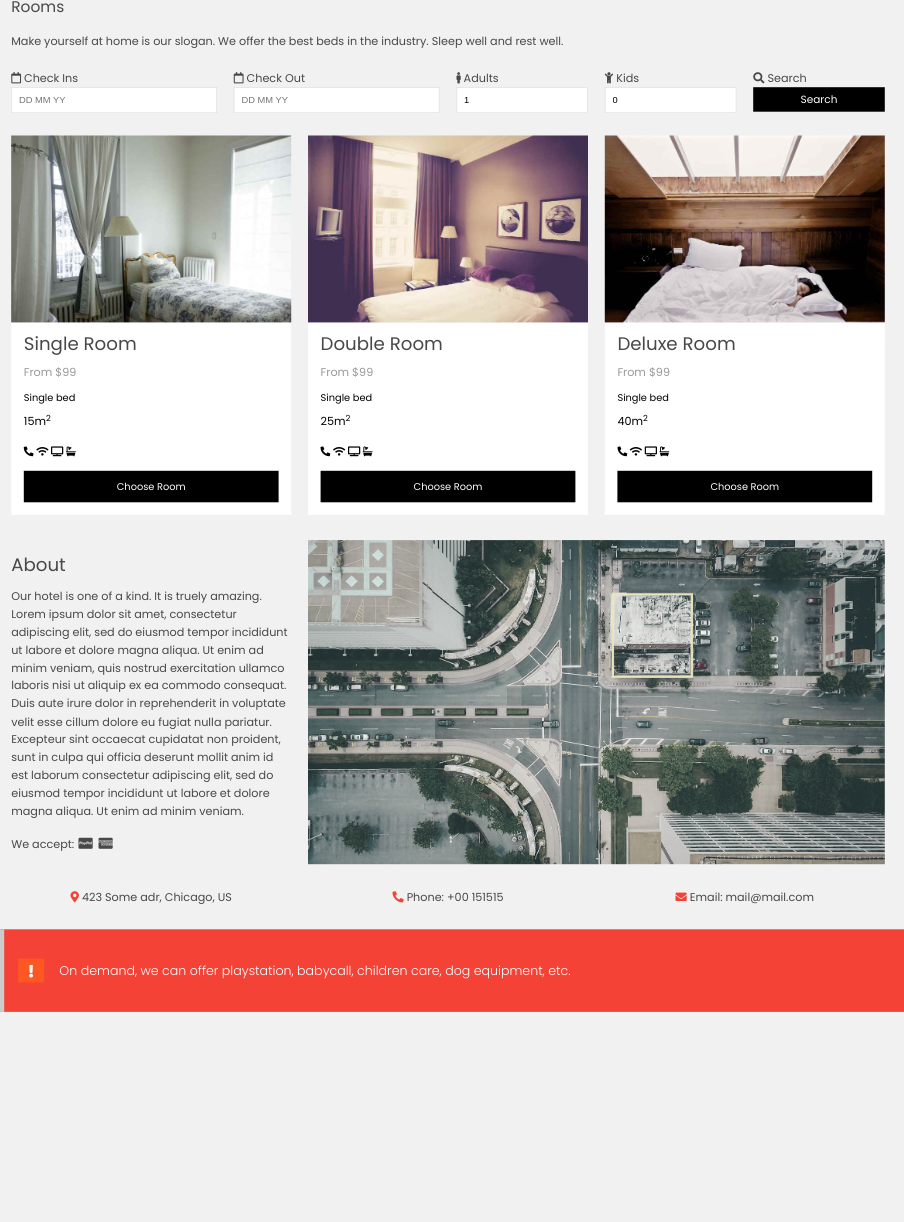
Repository: phamhuuloc/Travel_Template
Page: index.html
These files come from the project's save history. The page is drawn as it stood at one moment and after the next save; the edit follows.
The browser window is 1280 px wide. The page is 1292 px wide, then 1280 px, so the pictures cover 1292 px, including what lies to the right of the window. The pictures show the part of the page from y = 781 to 2661 px (the page is 2527 px tall before and 2661 px after), at 70% of full size.
The style sheet was rebuilt from its Sass, Less or Tailwind sources for each picture, by a compiler version that may differ from the author's.

Above is the page before, as saved 2021-09-18 10:57:09.

### index.html
<!DOCTYPE html>
<html lang="en">
  <head>
    <meta charset="UTF-8" />
    <meta http-equiv="X-UA-Compatible" content="IE=edge" />
    <meta name="viewport" content="width=device-width, initial-scale=1.0" />
    <title>Document</title>
    <!-- FONT AWESOME -->
    <link
      rel="stylesheet"
      href="https://cdnjs.cloudflare.com/ajax/libs/font-awesome/5.15.4/css/all.min.css"
      integrity="sha512-1ycn6IcaQQ40/MKBW2W4Rhis/DbILU74C1vSrLJxCq57o941Ym01SwNsOMqvEBFlcgUa6xLiPY/NS5R+E6ztJQ=="
      crossorigin="anonymous"
      referrerpolicy="no-referrer"
    />
    <!-- GOOGLE FONT -->
    <link
      href="https://fonts.googleapis.com/css2?family=Poppins:wght@50;300;400&display=swap"
      rel="stylesheet"
    />
    <!-- CSS -->
    <link rel="stylesheet" href="./assets/resets.css" />
    <link rel="stylesheet" href="./assets/grid.css" />
    <link rel="stylesheet" href="./assets/main.css" />
  </head>
  <body>
    <div class="grids">
      <header class="header">
        <div class="logo">
          <i class="fas fa-bed logo__icon"></i>
          Logo
        </div>
        <div class="header__menu">
          <ul class="header__menu-list">
            <li class="header__menu-item">Rooms</li>
            <li class="header__menu-item">About</li>
            <li class="header__menu-item">Contact</li>
          </ul>
          <button class="btn book-btn">Book Nows</button>
        </div>
      </header>
      <section class="intro">
        <img src="./assets/img/hotel.jpg" alt="" class="intro__img" />
        <form class="form-login">
          <div class="form-login__heading">
            <i class="fas fa-bed logo__icon intro-icon"></i>
            <h2 class="form-login__name">Hotel name</h2>
          </div>
          <div class="form-container">
            <div class="row">
              <div class="form__item col l-6">
                <label class="form__item-category">
                  <i class="far fa-calendar form__item-icon"></i>
                  Check Ins
                </label>
                <input
                  type="text"
                  class="form__item-input"
                  placeholder="DD MM YY"
                />
              </div>
              <div class="form__item col l-6">
                <label class="form__item-category">
                  <i class="far fa-calendar form__item-icon"></i>
                  Check Out
                </label>
                <input
                  type="text"
                  class="form__item-input"
                  placeholder="DD MM YY"
                />
              </div>
            </div>
            <div class="row">
              <div class="form__item col l-6">
                <label class="form__item-category">
                  <i class="fas fa-male form__item-icon"></i>
                  Adults
                </label>
                <input
                  type="number"
                  value="1"
                  min="1"
                  max="6"
                  class="form__item-input"
                />
              </div>
              <div class="form__item col l-6">
                <label class="form__item-category">
                  <i class="fas fa-child form__item-icon"></i>
                  Kids
                </label>
                <input
                  type="number"
                  value="0"
                  min="0"
                  max="6"
                  class="form__item-input"
                />
              </div>
            </div>
            <button class="search-btn">
              <i class="fas fa-search search-icon"></i>Search availability
            </button>
          </div>
        </form>
      </section>

      <section class="option-room">
        <div class="option-container">
          <h3 class="option-container__title">Rooms</h3>
          <span class="option-container__desc"
            >Make yourself at home is our slogan. We offer the best beds in the
            industry. Sleep well and rest well.</span
          >
          <!-- FORM LOGIN  -->
          <div class="form-container option-container__form">
            <div class="row">
              <div class="form__item col l-3">
                <label class="form__item-category">
                  <i class="far fa-calendar form__item-icon"></i>
                  Check Ins
                </label>
                <input
                  type="text"
                  class="form__item-input"
                  placeholder="DD MM YY"
                />
              </div>
              <div class="form__item col l-3">
                <label class="form__item-category">
                  <i class="far fa-calendar form__item-icon"></i>
                  Check Out
                </label>
                <input
                  type="text"
                  class="form__item-input"
                  placeholder="DD MM YY"
                />
              </div>
              <div class="form__item col l-2">
                <label class="form__item-category">
                  <i class="fas fa-male form__item-icon"></i>
                  Adults
                </label>
                <input
                  type="number"
                  value="1"
                  min="1"
                  max="6"
                  class="form__item-input"
                />
              </div>
              <div class="form__item col l-2">
                <label class="form__item-category">
                  <i class="fas fa-child form__item-icon"></i>
                  Kids
                </label>
                <input
                  type="number"
                  value="0"
                  min="0"
                  max="6"
                  class="form__item-input"
                />
              </div>
              <!-- BUTTON F0RM LOGIN -->
              <div class="form__item col l-2">
                <label class="form__item-category">
                  <i class="fas fa-search"></i> Search</label
                >
                <button class="search-btn search-btn--full">Search</button>
              </div>
            </div>
          </div>
          <div class="category-room">
            <ul class="category-room__list row">
              <li class="category-room__item col l-4">
                <img
                  src="./assets/img/room_single.jpg"
                  alt=""
                  class="category-room__img"
                />
                <div class="category-room__details">
                  <h3 class="category-room__title">Single Room</h3>
                  <span class="category-room__price">From $99</span>
                  <span class="category-room__charac">Single bed</span>
                  <span class="category-room__area">15m<sup>2</sup></span>
                  <span class="category-room__function">
                    <i class="fas fa-phone-alt"></i>
                    <i class="fas fa-wifi"></i>
                    <i class="fas fa-tv"></i>
                    <i class="fas fa-bath"></i>
                  </span>
                  <button class="btn btn-choose">Choose Room</button>
                </div>
              </li>
              <li class="category-room__item col l-4">
                <img
                  src="./assets/img/room_double.jpg"
                  alt=""
                  class="category-room__img"
                />
                <div class="category-room__details">
                  <h3 class="category-room__title">Double Room</h3>
                  <span class="category-room__price">From $99</span>
                  <span class="category-room__charac">Single bed</span>
                  <span class="category-room__area">25m<sup>2</sup></span>
                  <span class="category-room__function">
                    <i class="fas fa-phone-alt"></i>
                    <i class="fas fa-wifi"></i>
                    <i class="fas fa-tv"></i>
                    <i class="fas fa-bath"></i>
                  </span>
                  <button class="btn btn-choose">Choose Room</button>
                </div>
              </li>
              <li class="category-room__item col l-4">
                <img
                  src="./assets/img/room_deluxe.jpg"
                  alt=""
                  class="category-room__img"
                />
                <div class="category-room__details">
                  <h3 class="category-room__title">Deluxe Room</h3>
                  <span class="category-room__price">From $99</span>
                  <span class="category-room__charac">Single bed</span>
                  <span class="category-room__area">40m<sup>2</sup></span>
                  <span class="category-room__function">
                    <i class="fas fa-phone-alt"></i>
                    <i class="fas fa-wifi"></i>
                    <i class="fas fa-tv"></i>
                    <i class="fas fa-bath"></i>
                  </span>
                  <button class="btn btn-choose">Choose Room</button>
                </div>
              </li>
            </ul>
          </div>
        </div>
      </section>
      <section class="local">
        <div class="row">
          <div class="local__container col l-4">
            <h4 class="local__title">About</h4>
            <p class="local__detail">
              Our hotel is one of a kind. It is truely amazing. Lorem ipsum
              dolor sit amet, consectetur adipiscing elit, sed do eiusmod tempor
              incididunt ut labore et dolore magna aliqua. Ut enim ad minim
              veniam, quis nostrud exercitation ullamco laboris nisi ut aliquip
              ex ea commodo consequat. Duis aute irure dolor in reprehenderit in
              voluptate velit esse cillum dolore eu fugiat nulla pariatur.
              Excepteur sint occaecat cupidatat non proident, sunt in culpa qui
              officia deserunt mollit anim id est laborum consectetur adipiscing
              elit, sed do eiusmod tempor incididunt ut labore et dolore magna
              aliqua. Ut enim ad minim veniam.
            </p>
            <p class="local__payment-methods">
              We accept:
              <i class="fab fa-cc-paypal local__payment-icon"></i>
              <i class="fab fa-cc-amex local__payment-icon"></i>
            </p>
          </div>
          <img src="./assets/img/map.jpg" alt="" class="col l-8 local__img" />
        </div>
        <div class="local__contact row">
          <div class="local__contact-item col l-4">
            <i class="fas fa-map-marker-alt local__contact-icon"></i>
            423 Some adr, Chicago, US
          </div>
          <div class="local__contact-item col l-4">
            <i class="fas fa-phone-alt local__contact-icon"></i>
            Phone: +00 151515
          </div>
          <div class="local__contact-item col l-4">
            <i class="fas fa-envelope local__contact-icon"></i>
            Email: mail@mail.com
          </div>
        </div>
      </section>
      <div class="demand row">
        <i class="fas fa-exclamation demand__icon"></i>
        <p class="demand__desc">
          On demand, we can offer playstation, babycall, children care, dog
          equipment, etc.
        </p>
      </div>
    </div>
  </body>
</html>

### assets/grid.css
.grid {
  width: 100%;
  padding: 0;
}
.grid.wide {
  max-width: 1200px;

  margin: 0 auto;
}
.row {
  display: flex;
  flex-wrap: wrap;
  margin-left: -4px;
  margin-right: -4px;
}
.row.no-gutters {
  margin-left: 0;
  margin-right: 0;
}
.col {
  padding-left: 4px;
  padding-right: 4px;
}
.row.no-gutters .col {
  margin-left: 0;
  margin-right: 0;
}

.c-0 {
  display: none;
}

.c-1 {
  flex: 0 0 8.33333%;
  max-width: 8.33333%;
}

.c-2 {
  flex: 0 0 16.66667%;
  max-width: 16.66667%;
}

.c-3 {
  flex: 0 0 25%;
  max-width: 25%;
}

.c-4 {
  flex: 0 0 33.33333%;
  max-width: 33.33333%;
}

.c-5 {
  flex: 0 0 41.66667%;
  max-width: 41.66667%;
}

.c-6 {
  flex: 0 0 50%;
  max-width: 50%;
}

.c-7 {
  flex: 0 0 58.33333%;
  max-width: 58.33333%;
}

.c-8 {
  flex: 0 0 66.66667%;
  max-width: 66.66667%;
}

.c-9 {
  flex: 0 0 75%;
  max-width: 75%;
}

.c-10 {
  flex: 0 0 83.33333%;
  max-width: 83.33333%;
}

.c-11 {
  flex: 0 0 91.66667%;
  max-width: 91.66667%;
}

.c-12 {
  flex: 0 0 100%;
  max-width: 100%;
}

.c-o-1 {
  margin-left: 8.33333%;
}

.c-o-2 {
  margin-left: 16.66667%;
}

.c-o-3 {
  margin-left: 25%;
}

.c-o-4 {
  margin-left: 33.33333%;
}

.c-o-5 {
  margin-left: 41.66667%;
}

.c-o-6 {
  margin-left: 50%;
}

.c-o-7 {
  margin-left: 58.33333%;
}

.c-o-8 {
  margin-left: 66.66667%;
}

.c-o-9 {
  margin-left: 75%;
}

.c-o-10 {
  margin-left: 83.33333%;
}

.c-o-11 {
  margin-left: 91.66667%;
}
/* TABLET */
@media (min-width: 740px) {
  .row {
    margin-left: -8px;
    margin-right: -8px;
  }
  .col {
    padding-right: 8px;
    padding-left: 8px;
  }
  .m-0 {
    display: none;
  }
  .m-1,
  .m-2,
  .m-3,
  .m-4,
  .m-5,
  .m-6,
  .m-7,
  .m-8,
  .m-9,
  .m-10,
  .m-11,
  .m-12 {
    display: block;
  }

  .m-1 {
    flex: 0 0 8.33333%;
    max-width: 8.33333%;
  }

  .m-2 {
    flex: 0 0 16.66667%;
    max-width: 16.66667%;
  }

  .m-3 {
    flex: 0 0 25%;
    max-width: 25%;
  }

  .m-4 {
    flex: 0 0 33.33333%;
    max-width: 33.33333%;
  }

  .m-5 {
    flex: 0 0 41.66667%;
    max-width: 41.66667%;
  }

  .m-6 {
    flex: 0 0 50%;
    max-width: 50%;
  }

  .m-7 {
    flex: 0 0 58.33333%;
    max-width: 58.33333%;
  }

  .m-8 {
    flex: 0 0 66.66667%;
    max-width: 66.66667%;
  }

  .m-9 {
    flex: 0 0 75%;
    max-width: 75%;
  }

  .m-10 {
    flex: 0 0 83.33333%;
    max-width: 83.33333%;
  }

  .m-11 {
    flex: 0 0 91.66667%;
    max-width: 91.66667%;
  }

  .m-12 {
    flex: 0 0 100%;
    max-width: 100%;
  }

  .m-o-1 {
    margin-left: 8.33333%;
  }

  .m-o-2 {
    margin-left: 16.66667%;
  }

  .m-o-3 {
    margin-left: 25%;
  }

  .m-o-4 {
    margin-left: 33.33333%;
  }

  .m-o-5 {
    margin-left: 41.66667%;
  }

  .m-o-6 {
    margin-left: 50%;
  }

  .m-o-7 {
    margin-left: 58.33333%;
  }

  .m-o-8 {
    margin-left: 66.66667%;
  }

  .m-o-9 {
    margin-left: 75%;
  }

  .m-o-10 {
    margin-left: 83.33333%;
  }

  .m-o-11 {
    margin-left: 91.66667%;
  }
}
/* PC MEDIUM RESOLUTION */
@media (min-width: 1113px) {
  .row {
    margin-left: -12px;
    margin-right: -12px;
  }
  .row.sm-gutter {
    margin-left: -5px;
    margin-right: -5px;
  }
  .col {
    padding-left: 12px;
    padding-right: 12px;
  }
  .row.sm-gutter .col {
    padding-left: 5px;
    padding-right: 5px;
  }
  .l-0 {
    display: none;
  }

  .l-1,
  .l-2,
  .l-2-4,
  .l-3,
  .l-4,
  .l-5,
  .l-6,
  .l-7,
  .l-8,
  .l-9,
  .l-10,
  .l-11,
  .l-12 {
    display: block;
  }

  .l-1 {
    flex: 0 0 8.33333%;
    max-width: 8.33333%;
  }

  .l-2 {
    flex: 0 0 16.66667%;
    max-width: 16.66667%;
  }

  .l-2-4 {
    flex: 0 0 20%;
    max-width: 20%;
  }

  .l-3 {
    flex: 0 0 25%;
    max-width: 25%;
  }

  .l-4 {
    flex: 0 0 33.33333%;
    max-width: 33.33333%;
  }

  .l-5 {
    flex: 0 0 41.66667%;
    max-width: 41.66667%;
  }

  .l-6 {
    flex: 0 0 50%;
    max-width: 50%;
  }

  .l-7 {
    flex: 0 0 58.33333%;
    max-width: 58.33333%;
  }

  .l-8 {
    flex: 0 0 66.66667%;
    max-width: 66.66667%;
  }

  .l-9 {
    flex: 0 0 75%;
    max-width: 75%;
  }

  .l-10 {
    flex: 0 0 83.33333%;
    max-width: 83.33333%;
  }

  .l-11 {
    flex: 0 0 91.66667%;
    max-width: 91.66667%;
  }

  .l-12 {
    flex: 0 0 100%;
    max-width: 100%;
  }

  .l-o-1 {
    margin-left: 8.33333%;
  }

  .l-o-2 {
    margin-left: 16.66667%;
  }

  .l-o-3 {
    margin-left: 25%;
  }

  .l-o-4 {
    margin-left: 33.33333%;
  }

  .l-o-5 {
    margin-left: 41.66667%;
  }

  .l-o-6 {
    margin-left: 50%;
  }

  .l-o-7 {
    margin-left: 58.33333%;
  }

  .l-o-8 {
    margin-left: 66.66667%;
  }

  .l-o-9 {
    margin-left: 75%;
  }

  .l-o-10 {
    margin-left: 83.33333%;
  }

  .l-o-11 {
    margin-left: 91.66667%;
  }
}
/* TABLET AND PC */
@media (min-width: 740px) and (max-width: 1023px) {
  .wide {
    width: 644px;
  }
}
/* > PC  LOW RESOLUTION */
@media (min-width: 1024px) and (max-width: 1239px) {
  .wide {
    width: 984px;
  }
}
.form__item {
  display: flex;
  flex-direction: column;
}

### assets/main.scss
$primary-color: #f44336;
$secondary-color: #0000;
$text-color: #484848;
$hover-color: #ccc;

@mixin flex($align: center, $justify: space-between) {
  display: flex;
  align-items: $align;
  justify-content: $justify;
}
* {
  box-sizing: border-box;
}
html {
  font-size: 62.5%;
}
body {
  background-color: #f1f1f1;
  font-family: "Poppins", sans-serif;
  margin-bottom: 30rem;
}
ul {
  list-style: none;
}
img {
  display: block;
  width: 100%;
}
a {
  text-decoration: none;
}
sup {
  font-size: 75%;
  position: relative;
  line-height: 0;
  top: -0.5em;
  vertical-align: baseline;
}
.btn {
  font-family: "Poppins", sans-serif;
  @include flex(center, center);
  height: inherit;
  outline: none;
  cursor: pointer;
  border: 0;
}
.btn:hover {
  background-color: $hover-color;
  color: #000;
}

//HEADER
.header {
  display: flex;
  align-items: center;
  height: 4.4rem;
  background-color: white;
  font-size: 2rem;

  .logo {
    background-color: $primary-color;
    height: 100%;
    cursor: pointer;
    color: white;
    @include flex();
    padding: 1.4rem 1.8rem;

    &__icon {
      margin-right: 2rem;
    }
  }
  .logo:hover {
    background-color: $hover-color;
    color: $text-color;
  }
  &__menu {
    display: flex;
    @include flex();
    height: 100%;
    width: 100%;
    &-list {
      @include flex();
      height: 100%;
    }
    &-item {
      @include flex();
      padding: 0 2rem;
      height: 100%;
      cursor: pointer;
      color: $text-color;
      &:hover {
        background-color: #ccc;
      }
    }
  }
  .book-btn {
    background-color: #f1f1f1;
    padding: 1.4rem 1.6rem;
    color: $text-color;
    font-size: 2rem;
  }
  .book-btn:hover {
    background-color: #ccc;
    cursor: pointer;
  }
}
// SECTION INTRO
.intro {
  position: relative;
  margin-bottom: 3.8rem;
  &-icon {
    padding: 0 1.8rem;
  }
  .form-login {
    width: 64.4rem;
    position: absolute;
    top: 50%;
    left: 2rem;
    background-color: #fff;
    transform: translateY(-50%);

    &__heading {
      display: flex;
      align-items: center;

      width: 100%;
      height: 6.4rem;
      background-color: $primary-color;
      color: white;
      font-size: 3rem;
    }
  }
}
.form-container {
  padding: 1.6rem;
  .search-btn {
    font-family: "Poppins", sans-serif;
    padding: 1rem 1.6rem;
    margin-top: 8px;
    border: 0;

    outline: none;
    cursor: pointer;

    background-color: #616161;
    font-size: 1.5rem;
    color: white;
  }
  .search-btn--full {
    width: 100%;
    margin: 0;
    background-color: #000;
    color: white;
    padding: 6px 0;
  }
  .search-btn:hover {
    background-color: #ccc;
    color: $text-color;
  }
  .search-icon {
    padding-right: 2rem;
  }
}
.form__item {
  display: flex;
  flex-direction: column;
  margin-bottom: 1.6rem;
  &-category {
    font-size: 1.6rem;
    margin-bottom: 4px;
    color: $text-color;
  }
  &-input {
    padding: 1rem;
    border: 1px solid #dedede;
  }
}
.option-container {
  padding: 1.6rem;
  margin-bottom: 2rem;
  &__title {
    font-size: 2.2rem;
    margin-bottom: 3rem;
    color: $text-color;
  }
  &__desc {
    display: block;
    font-size: 1.6rem;
    margin-bottom: 2rem;
    color: $text-color;
  }
  &__form {
    padding: 1.6rem 0;
  }
}
.category-room {
  &__details {
    padding: 1.8rem;
    display: flex;
    flex-direction: column;
    background-color: white;
  }
  &__title {
    font-size: 2.6rem;
    margin-bottom: 2rem;
    color: #484848;
  }
  &__price {
    font-size: 1.6rem;
    color: #999;
    margin-bottom: 2rem;
  }
  &__charac {
    font-size: 1.4rem;
    margin-bottom: 2rem;
  }
  &__area {
    font-size: 1.6rem;
    margin-bottom: 2.8rem;
  }
  &__function {
    font-size: 1.4rem;
    margin-bottom: 2rem;
  }
  .btn-choose {
    padding: 1.2rem 0;
    background-color: #000;
    color: white;
    font-size: 1.4rem;
  }
  .btn-choose:hover {
    background-color: $hover-color;
    color: $text-color;
  }
}
.local {
  padding: 0 1.6rem;
  &__title {
    font-size: 2.6rem;
    margin-top: 2.2rem;
    margin-bottom: 2rem;
    color: $text-color;
  }
  &__detail {
    font-size: 1.6rem;
    line-height: 1.6;
    margin-bottom: 2.4rem;
    color: $text-color;
  }
  &__payment-methods {
    font-size: 1.6rem;
    color: $text-color;
  }
  &__payment-icon {
    font-size: 1.8rem;
    margin: 0 2px;
  }
  &__img {
    filter: grayscale(75%);
  }
  &__contact {
    padding: 3.8rem 0;
    &-icon {
      color: $primary-color;
      font-size: 1.6rem;
    }
    &-item {
      text-align: center;
      font-size: 1.6rem;
      color: $text-color;
    }
  }
}
.demand {
  padding: 4.2rem 0 4.2rem 2rem;
  background-color: $primary-color;
  border-left: 1.8rem solid #ccc;
  @include flex(center, none);
  &__icon {
    color: white;
    font-size: 1.8rem;
    padding: 8px 15px;
    background-color: #ff5722;
    margin-right: 2.2rem;
  }
  &__desc {
    font-size: 1.8rem;
    color: white;
    font-weight: 350;
  }
}

Loaded but not shown: assets/resets.css (common file)

After the next save:
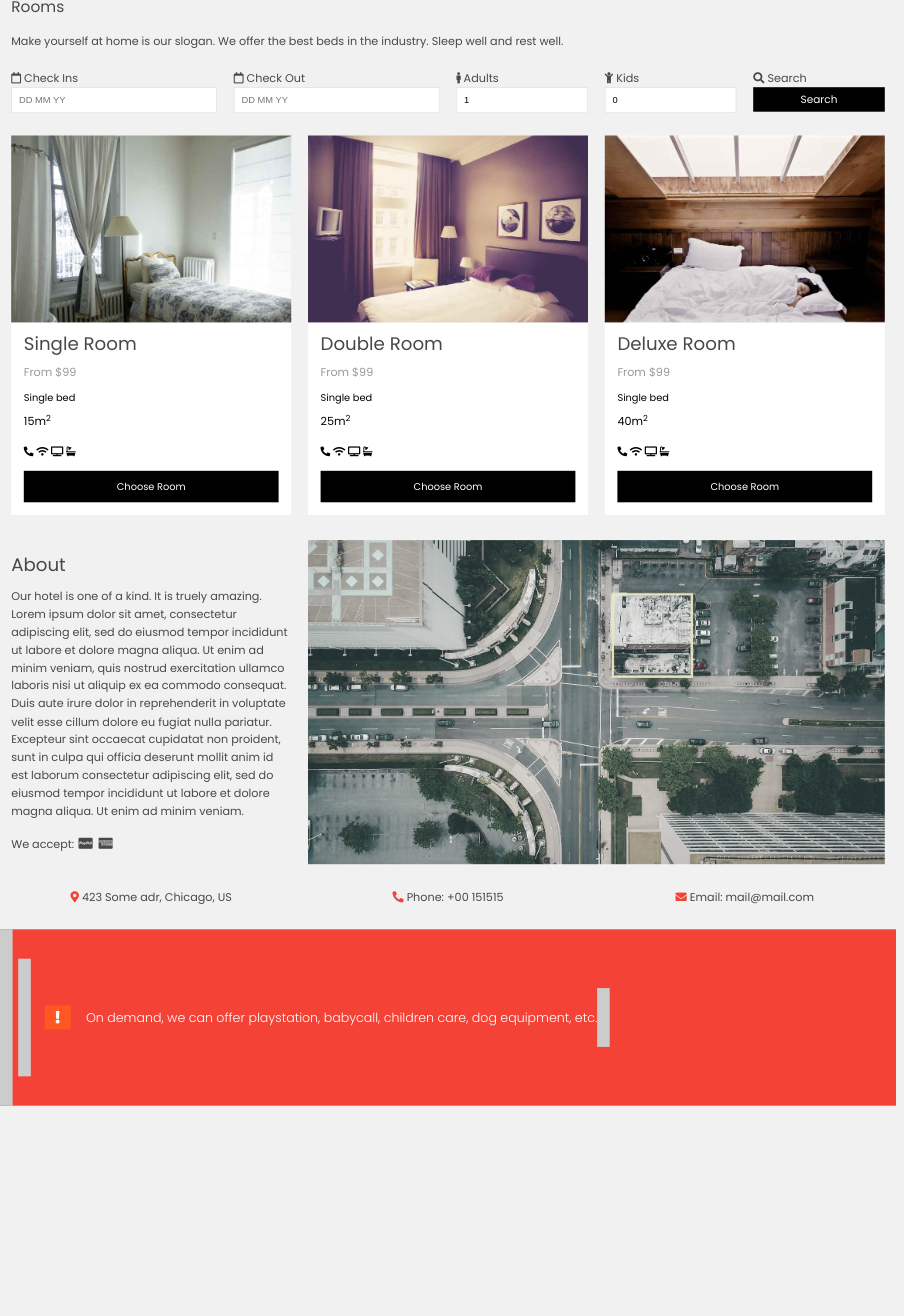
Saved 2 min 19 s later.
--- a/index.html
+++ b/index.html
@@ -278,13 +278,15 @@
           </div>
         </div>
       </section>
-      <div class="demand row">
-        <i class="fas fa-exclamation demand__icon"></i>
-        <p class="demand__desc">
-          On demand, we can offer playstation, babycall, children care, dog
-          equipment, etc.
-        </p>
-      </div>
+      <div class="demand"><div class="row">
+      <div class="demand">
+          <i class="fas fa-exclamation demand__icon"></i>
+          <p class="demand__desc">
+            On demand, we can offer playstation, babycall, children care, dog
+            equipment, etc.
+          </p>
+
+      <div class="demand"></></div>
     </div>
   </body>
 </html>
